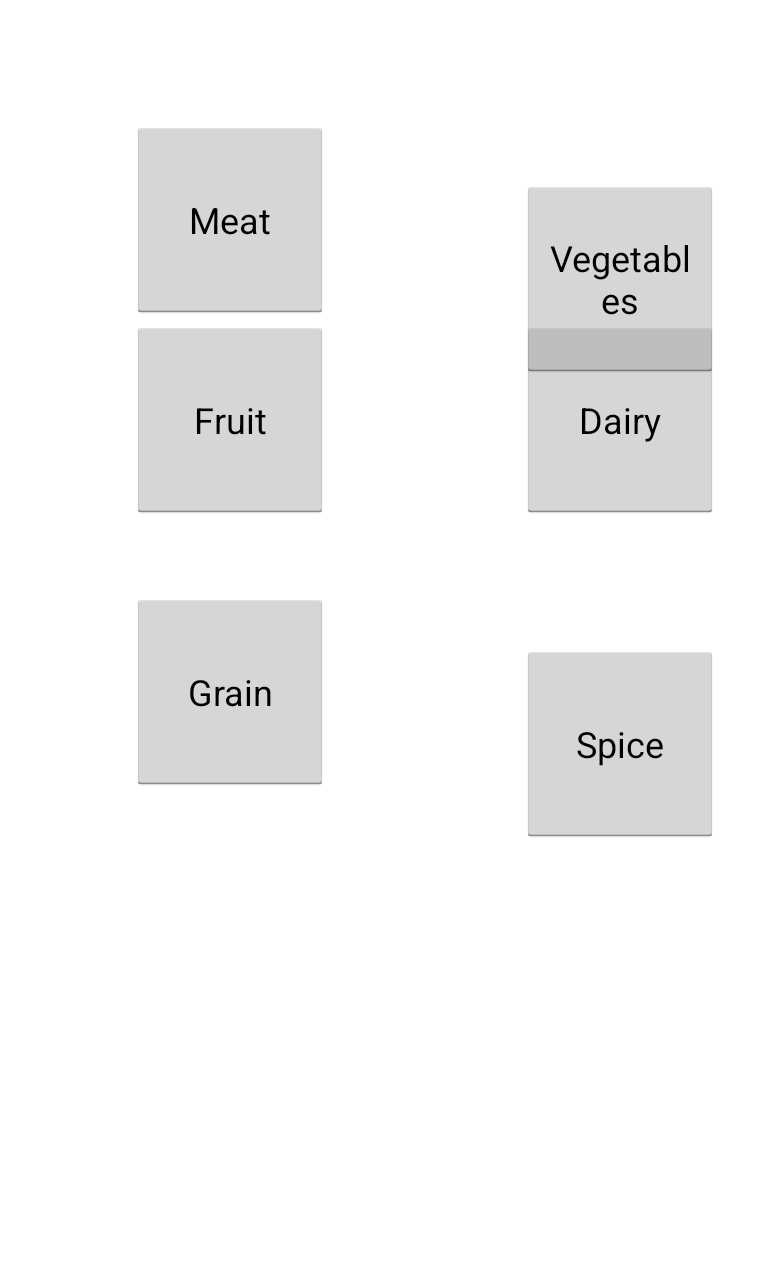
Repository: jmwood22/Boyardroid
Layout: Boyardroid/res/layout/activity_quick_recipe.xml
These files come from the project's save history. The layout is drawn as it stood at one moment and after the next save; the edit follows.
It is drawn on a 768 x 1280 px phone screen (xhdpi) without system bars, with theme AppTheme; the app's code is not run.

Above is the layout before, as saved 2013-02-22 01:53:28.

### Boyardroid/res/layout/activity_quick_recipe.xml
<RelativeLayout xmlns:android="http://schemas.android.com/apk/res/android"
    xmlns:tools="http://schemas.android.com/tools"
    android:layout_width="match_parent"
    android:layout_height="match_parent"
    tools:context=".QuickRecipe" >

    <Button
        android:id="@+id/fruit"
        android:layout_width="100dp"
        android:layout_height="100dp"
        android:layout_alignParentLeft="true"
        android:layout_alignParentTop="true"
        android:layout_marginLeft="65dp"
        android:layout_marginTop="160dp"
        android:text="@string/title_activity_fruit" />

    <Button
        android:id="@+id/grains"
        android:layout_width="100dp"
        android:layout_height="100dp"
        android:layout_alignLeft="@+id/fruit"
        android:layout_below="@+id/fruit"
        android:layout_marginTop="36dp"
        android:text="@string/grain" />

    <Button
        android:id="@+id/spices"
        android:layout_width="100dp"
        android:layout_height="100dp"
        android:layout_alignBaseline="@+id/grains"
        android:layout_alignBottom="@+id/grains"
        android:layout_alignLeft="@+id/vegetables"
        android:text="@string/spice" />

    <Button
        android:id="@+id/dairy"
        android:layout_width="100dp"
        android:layout_height="100dp"
        android:layout_above="@+id/grains"
        android:layout_alignLeft="@+id/spices"
        android:text="@string/dairy" />

    <Button
        android:id="@+id/vegetables"
        android:layout_width="100dp"
        android:layout_height="100dp"
        android:layout_alignBaseline="@+id/meat"
        android:layout_alignBottom="@+id/meat"
        android:layout_alignParentRight="true"
        android:layout_marginRight="24dp"
        android:text="@string/vegetable" />

    <Button
        android:id="@+id/meat"
        android:layout_width="100dp"
        android:layout_height="100dp"
        android:layout_above="@+id/dairy"
        android:layout_alignLeft="@+id/fruit"
        android:text="@string/meat" />

</RelativeLayout>

### Boyardroid/res/values/strings.xml
<?xml version="1.0" encoding="utf-8"?>
<resources>

    <string name="app_name">BoyarDroid</string>
    <string name="quick_recipe">Quick Recipe</string>
    <string name="menu_settings">Settings</string>
    <string name="title_activity_quck_recipe">QuckRecipe</string>
    <string name="title_activity_quick_recipe">QuickRecipe</string>
    <string name="find_recipe">Find Recipes</string>
    <string name="hello_world">Hello world!</string>
    <string name="title_activity_home_screen">HomeScreen</string>
    <string name="title_activity_fridge">Fridge</string>
    <string name="fridge_button">Fridge</string>
    <string name="dinner_button">Dinner</string>
    <string name="breakfast_button">Breakfast</string>
    <string name="lunch_button">Lunch</string>
    <string name="user_button">User text</string>
    <string name="addIngredient_button">Add Ingredient</string>
    <string name="removeIngredient_button">Remove Ingredient</string>
    <string name="favoriteRecipe_button">Favorite Recipes</string>
    <string name="title_activity_fruit">Fruit</string>
    <string name="apple">Apple</string>
    <string name="banana">Banana</string>
    <string name="lemon">Lemon</string>
    <string name="lime">Lime</string>
    <string name="blueberry">Blueberry</string>
    <string name="grape">Grape</string>
    <string name="orange">Orange</string>
    <string name="meat">Meat</string>
    <string name="vegetable">Vegetables</string>
    <string name="dairy">Dairy</string>
    <string name="grain">Grain</string>
    <string name="spice">Spice</string>


</resources>

Loaded but not shown: Boyardroid/res/values/styles.xml (common file); Boyardroid/res/values-v11/styles.xml (common file); Boyardroid/res/values-v14/styles.xml (common file)

After the next save:
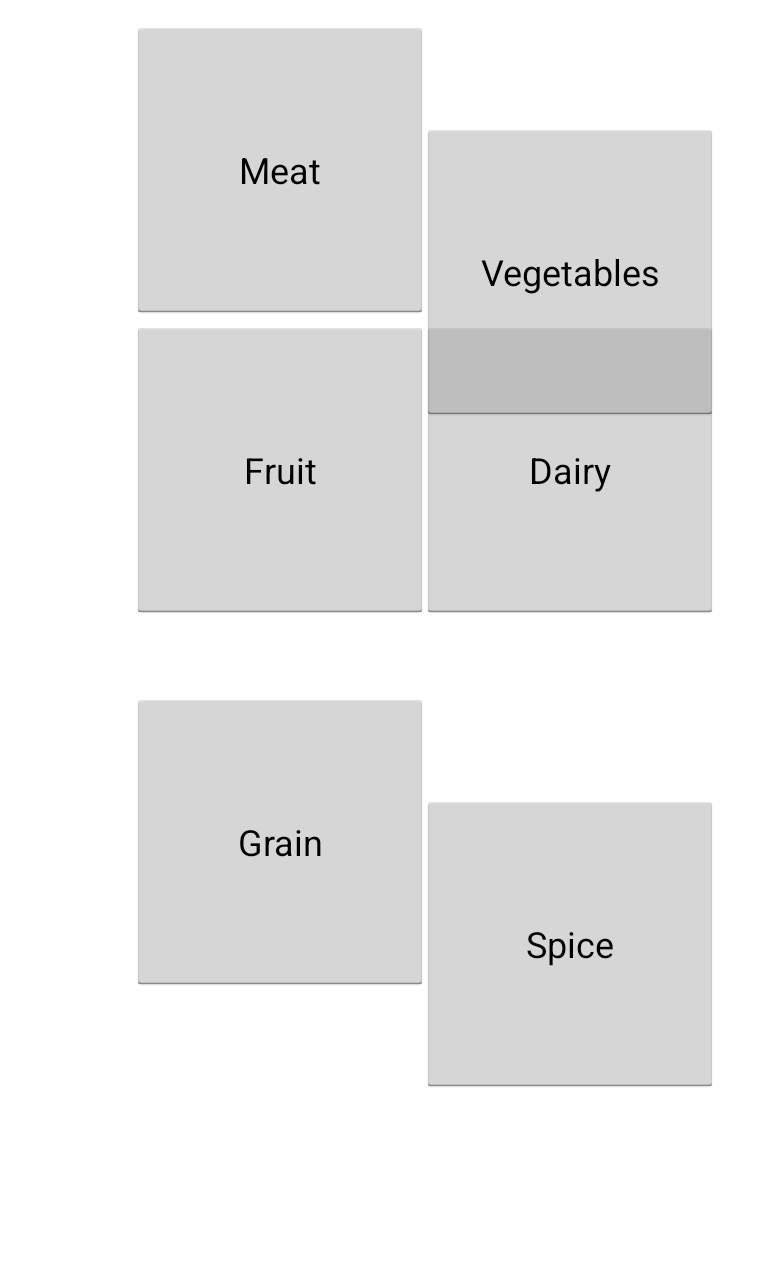
Saved 40 s later.
--- a/Boyardroid/res/layout/activity_quick_recipe.xml
+++ b/Boyardroid/res/layout/activity_quick_recipe.xml
@@ -6,8 +6,8 @@
 
     <Button
         android:id="@+id/fruit"
-        android:layout_width="100dp"
-        android:layout_height="100dp"
+        android:layout_width="150dp"
+        android:layout_height="150dp"
         android:layout_alignParentLeft="true"
         android:layout_alignParentTop="true"
         android:layout_marginLeft="65dp"
@@ -16,8 +16,8 @@
 
     <Button
         android:id="@+id/grains"
-        android:layout_width="100dp"
-        android:layout_height="100dp"
+        android:layout_width="150dp"
+        android:layout_height="150dp"
         android:layout_alignLeft="@+id/fruit"
         android:layout_below="@+id/fruit"
         android:layout_marginTop="36dp"
@@ -25,8 +25,8 @@
 
     <Button
         android:id="@+id/spices"
-        android:layout_width="100dp"
-        android:layout_height="100dp"
+        android:layout_width="150dp"
+        android:layout_height="150dp"
         android:layout_alignBaseline="@+id/grains"
         android:layout_alignBottom="@+id/grains"
         android:layout_alignLeft="@+id/vegetables"
@@ -34,16 +34,16 @@
 
     <Button
         android:id="@+id/dairy"
-        android:layout_width="100dp"
-        android:layout_height="100dp"
+        android:layout_width="150dp"
+        android:layout_height="150dp"
         android:layout_above="@+id/grains"
         android:layout_alignLeft="@+id/spices"
         android:text="@string/dairy" />
 
     <Button
         android:id="@+id/vegetables"
-        android:layout_width="100dp"
-        android:layout_height="100dp"
+        android:layout_width="150dp"
+        android:layout_height="150dp"
         android:layout_alignBaseline="@+id/meat"
         android:layout_alignBottom="@+id/meat"
         android:layout_alignParentRight="true"
@@ -52,8 +52,8 @@
 
     <Button
         android:id="@+id/meat"
-        android:layout_width="100dp"
-        android:layout_height="100dp"
+        android:layout_width="150dp"
+        android:layout_height="150dp"
         android:layout_above="@+id/dairy"
         android:layout_alignLeft="@+id/fruit"
         android:text="@string/meat" />
